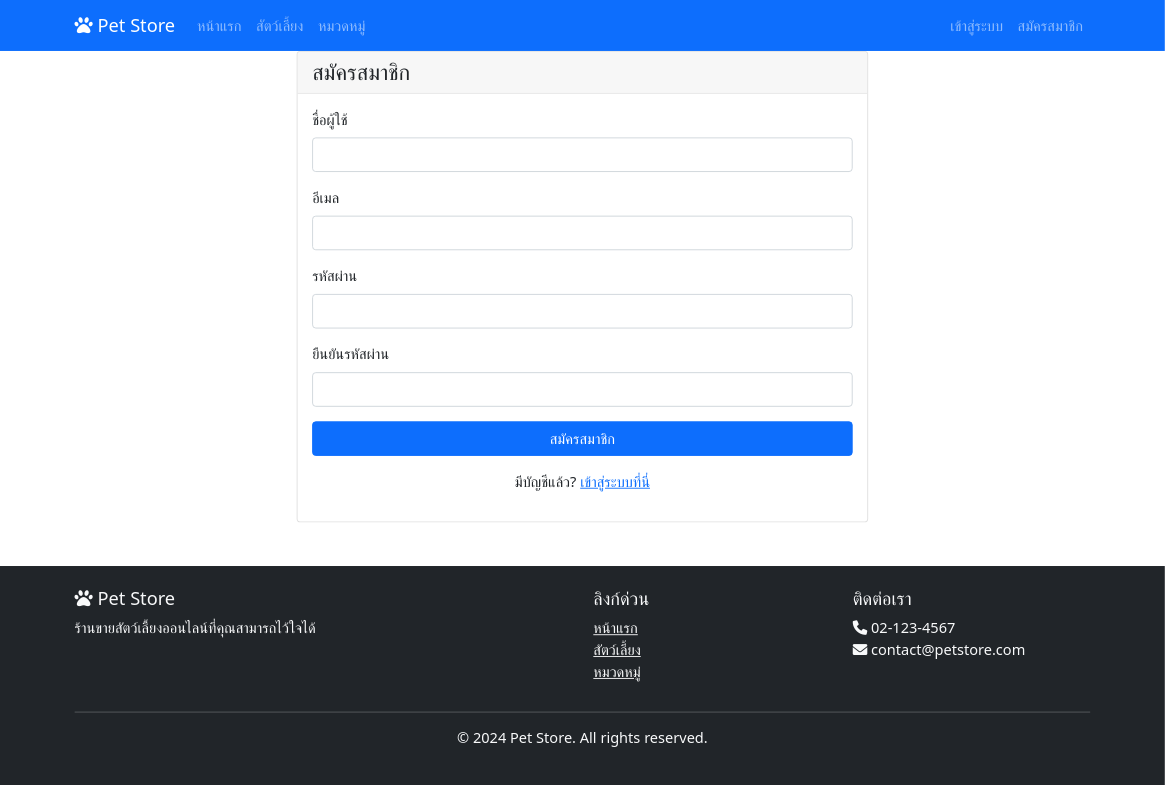
Repository: Napasakornch/SOA_PRO
Page: petstore_project/templates/auth/register.html
An editor plug-in stored every save of this project. The page is shown before and after the next save, followed by the edit.
The browser window is 1280 px wide. The page is 1292 px wide, then 1280 px, so the pictures cover 1292 px, including what lies to the right of the window. The pictures show the whole page, at 91% of full size.
The template is drawn by Django 4.2. The application's start-up code is not run. Other server files are loaded and not shown. The template is opened directly, without the code that normally fills it, so the values that code supplies are empty.

Above is the page before, as saved 2025-11-06 22:01:22.

### petstore_project/templates/auth/register.html
{% extends 'base.html' %}

{% block title %}สมัครสมาชิก - Pet Store{% endblock %}

{% block content %}
<div class="row justify-content-center">
    <div class="col-md-6">
        <div class="card">
            <div class="card-header">
                <h4 class="card-title mb-0">สมัครสมาชิก</h4>
            </div>
            <div class="card-body">
                <form method="post">
                    {% csrf_token %}
                    <div class="mb-3">
                        <label for="username" class="form-label">ชื่อผู้ใช้</label>
                        <input type="text" class="form-control" id="username" name="username" required>
                    </div>
                    <div class="mb-3">
                        <label for="email" class="form-label">อีเมล</label>
                        <input type="email" class="form-control" id="email" name="email" required>
                    </div>
                    <div class="mb-3">
                        <label for="password" class="form-label">รหัสผ่าน</label>
                        <input type="password" class="form-control" id="password" name="password" required>
                    </div>
                    <div class="mb-3">
                        <label for="password2" class="form-label">ยืนยันรหัสผ่าน</label>
                        <input type="password" class="form-control" id="password2" name="password2" required>
                    </div>
                    <button type="submit" class="btn btn-primary w-100">สมัครสมาชิก</button>
                </form>
                <div class="text-center mt-3">
                    <p>มีบัญชีแล้ว? <a href="{% url 'login' %}">เข้าสู่ระบบที่นี่</a></p>
                </div>
            </div>
        </div>
    </div>
</div>
{% endblock %}

### petstore_project/templates/base.html
<!DOCTYPE html>
<html lang="th">
<head>
    <meta charset="UTF-8">
    <meta name="viewport" content="width=device-width, initial-scale=1.0">
    <title>{% block title %}Pet Store{% endblock %}</title>
    <link href="https://cdn.jsdelivr.net/npm/bootstrap@5.1.3/dist/css/bootstrap.min.css" rel="stylesheet">
    <link rel="stylesheet" href="https://cdnjs.cloudflare.com/ajax/libs/font-awesome/6.0.0/css/all.min.css">
    <style>
        .hero-section {
            background: linear-gradient(135deg, #007bff 0%, #0056b3 100%);
            color: white;
            padding: 4rem 0;
        }
        .card {
            transition: transform 0.2s;
        }
        .card:hover {
            transform: translateY(-5px);
        }
        footer {
            margin-top: 4rem;
        }
    </style>
</head>
<body>
    <!-- Navigation -->
    <nav class="navbar navbar-expand-lg navbar-dark bg-primary">
        <div class="container">
            <a class="navbar-brand" href="{% url 'home' %}">
                <i class="fas fa-paw"></i> Pet Store
            </a>
            <button class="navbar-toggler" type="button" data-bs-toggle="collapse" data-bs-target="#navbarNav">
                <span class="navbar-toggler-icon"></span>
            </button>
            <div class="collapse navbar-collapse" id="navbarNav">
                <ul class="navbar-nav me-auto">
                    <li class="nav-item">
                        <a class="nav-link" href="{% url 'home' %}">หน้าแรก</a>
                    </li>
                    <li class="nav-item">
                        <a class="nav-link" href="{% url 'pet_list' %}">สัตว์เลี้ยง</a>
                    </li>
                    <li class="nav-item">
                        <a class="nav-link" href="{% url 'categories' %}">หมวดหมู่</a>
                    </li>
                </ul>
                <ul class="navbar-nav">
                    {% if user.is_authenticated %}
                        <li class="nav-item dropdown">
                            <a class="nav-link dropdown-toggle" href="#" id="navbarDropdown" role="button" data-bs-toggle="dropdown">
                                <i class="fas fa-user"></i> {{ user.username }}
                            </a>
                            <ul class="dropdown-menu">
                                <li><a class="dropdown-item" href="{% url 'profile' %}">โปรไฟล์</a></li>
                                <li><a class="dropdown-item" href="{% url 'order_list' %}">คำสั่งซื้อ</a></li>
                                <li><a class="dropdown-item" href="{% url 'cart' %}">ตะกร้าสินค้า</a></li>
                                {% if user.is_staff %}
                                <li><hr class="dropdown-divider"></li>
                                <li><a class="dropdown-item" href="/admin/">Admin Panel</a></li>
                                {% endif %}
                                <li><hr class="dropdown-divider"></li>
                                <li>
                                    <form method="post" action="{% url 'logout' %}" class="d-inline">
                                        {% csrf_token %}
                                        <button type="submit" class="dropdown-item">ออกจากระบบ</button>
                                    </form>
                                </li>
                            </ul>
                        </li>
                    {% else %}
                        <li class="nav-item">
                            <a class="nav-link" href="{% url 'login' %}">เข้าสู่ระบบ</a>
                        </li>
                        <li class="nav-item">
                            <a class="nav-link" href="{% url 'register' %}">สมัครสมาชิก</a>
                        </li>
                    {% endif %}
                </ul>
            </div>
        </div>
    </nav>

    <!-- Messages -->
    {% if messages %}
    <div class="container mt-3">
        {% for message in messages %}
        <div class="alert alert-{{ message.tags }} alert-dismissible fade show">
            {{ message }}
            <button type="button" class="btn-close" data-bs-dismiss="alert"></button>
        </div>
        {% endfor %}
    </div>
    {% endif %}

    <!-- Main Content -->
    <main>
        {% block content %}
        {% endblock %}
    </main>

    <!-- Footer -->
    <footer class="bg-dark text-light py-4 mt-5">
        <div class="container">
            <div class="row">
                <div class="col-md-6">
                    <h5><i class="fas fa-paw"></i> Pet Store</h5>
                    <p>ร้านขายสัตว์เลี้ยงออนไลน์ที่คุณสามารถไว้ใจได้</p>
                </div>
                <div class="col-md-3">
                    <h5>ลิงก์ด่วน</h5>
                    <ul class="list-unstyled">
                        <li><a href="{% url 'home' %}" class="text-light">หน้าแรก</a></li>
                        <li><a href="{% url 'pet_list' %}" class="text-light">สัตว์เลี้ยง</a></li>
                        <li><a href="{% url 'categories' %}" class="text-light">หมวดหมู่</a></li>
                    </ul>
                </div>
                <div class="col-md-3">
                    <h5>ติดต่อเรา</h5>
                    <p>
                        <i class="fas fa-phone"></i> 02-123-4567<br>
                        <i class="fas fa-envelope"></i> contact@petstore.com
                    </p>
                </div>
            </div>
            <hr>
            <div class="text-center">
                <p>&copy; 2024 Pet Store. All rights reserved.</p>
            </div>
        </div>
    </footer>

    <script src="https://cdn.jsdelivr.net/npm/bootstrap@5.1.3/dist/js/bootstrap.bundle.min.js"></script>
    {% block scripts %}{% endblock %}
</body>
</html>

After the next save:
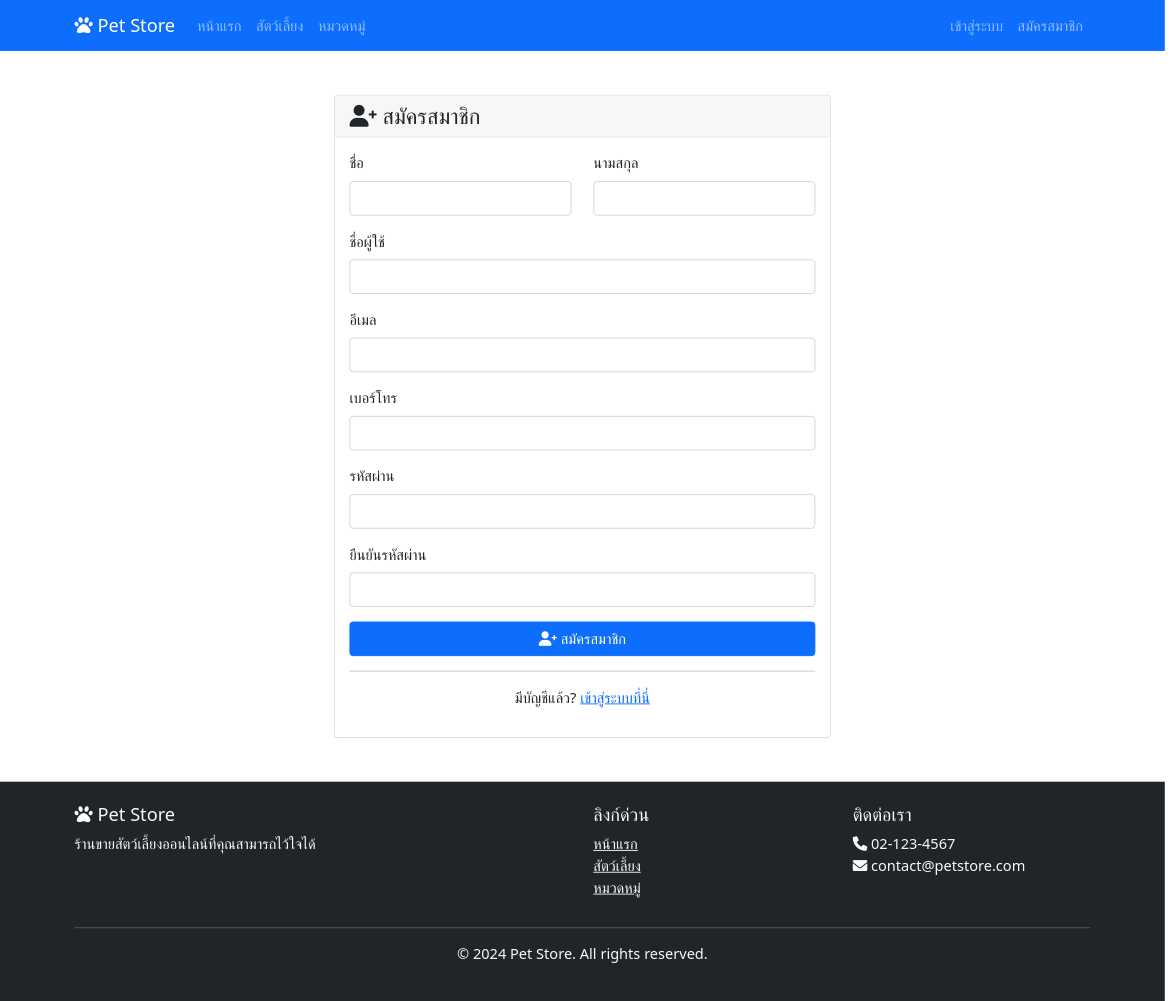
Saved 8 s later.
--- a/petstore_project/templates/auth/register.html
+++ b/petstore_project/templates/auth/register.html
@@ -3,35 +3,65 @@
 {% block title %}สมัครสมาชิก - Pet Store{% endblock %}
 
 {% block content %}
-<div class="row justify-content-center">
-    <div class="col-md-6">
-        <div class="card">
-            <div class="card-header">
-                <h4 class="card-title mb-0">สมัครสมาชิก</h4>
-            </div>
-            <div class="card-body">
-                <form method="post">
-                    {% csrf_token %}
-                    <div class="mb-3">
-                        <label for="username" class="form-label">ชื่อผู้ใช้</label>
-                        <input type="text" class="form-control" id="username" name="username" required>
+<div class="container mt-5">
+    <div class="row justify-content-center">
+        <div class="col-md-6">
+            <div class="card">
+                <div class="card-header">
+                    <h4 class="card-title mb-0">
+                        <i class="fas fa-user-plus"></i> สมัครสมาชิก
+                    </h4>
+                </div>
+                <div class="card-body">
+                    <form method="post">
+                        {% csrf_token %}
+
+                        <div class="row">
+                            <div class="col-md-6 mb-3">
+                                <label for="first_name" class="form-label">ชื่อ</label>
+                                <input type="text" class="form-control" id="first_name" name="first_name" required>
+                            </div>
+                            <div class="col-md-6 mb-3">
+                                <label for="last_name" class="form-label">นามสกุล</label>
+                                <input type="text" class="form-control" id="last_name" name="last_name" required>
+                            </div>
+                        </div>
+
+                        <div class="mb-3">
+                            <label for="username" class="form-label">ชื่อผู้ใช้</label>
+                            <input type="text" class="form-control" id="username" name="username" required>
+                        </div>
+
+                        <div class="mb-3">
+                            <label for="email" class="form-label">อีเมล</label>
+                            <input type="email" class="form-control" id="email" name="email" required>
+                        </div>
+
+                        <div class="mb-3">
+                            <label for="phone" class="form-label">เบอร์โทร</label>
+                            <input type="tel" class="form-control" id="phone" name="phone">
+                        </div>
+
+                        <div class="mb-3">
+                            <label for="password" class="form-label">รหัสผ่าน</label>
+                            <input type="password" class="form-control" id="password" name="password" required>
+                        </div>
+
+                        <div class="mb-3">
+                            <label for="password2" class="form-label">ยืนยันรหัสผ่าน</label>
+                            <input type="password" class="form-control" id="password2" name="password2" required>
+                        </div>
+
+                        <button type="submit" class="btn btn-primary w-100">
+                            <i class="fas fa-user-plus"></i> สมัครสมาชิก
+                        </button>
+                    </form>
+
+                    <hr>
+
+                    <div class="text-center">
+                        <p>มีบัญชีแล้ว? <a href="{% url 'login' %}">เข้าสู่ระบบที่นี่</a></p>
                     </div>
-                    <div class="mb-3">
-                        <label for="email" class="form-label">อีเมล</label>
-                        <input type="email" class="form-control" id="email" name="email" required>
-                    </div>
-                    <div class="mb-3">
-                        <label for="password" class="form-label">รหัสผ่าน</label>
-                        <input type="password" class="form-control" id="password" name="password" required>
-                    </div>
-                    <div class="mb-3">
-                        <label for="password2" class="form-label">ยืนยันรหัสผ่าน</label>
-                        <input type="password" class="form-control" id="password2" name="password2" required>
-                    </div>
-                    <button type="submit" class="btn btn-primary w-100">สมัครสมาชิก</button>
-                </form>
-                <div class="text-center mt-3">
-                    <p>มีบัญชีแล้ว? <a href="{% url 'login' %}">เข้าสู่ระบบที่นี่</a></p>
                 </div>
             </div>
         </div>
